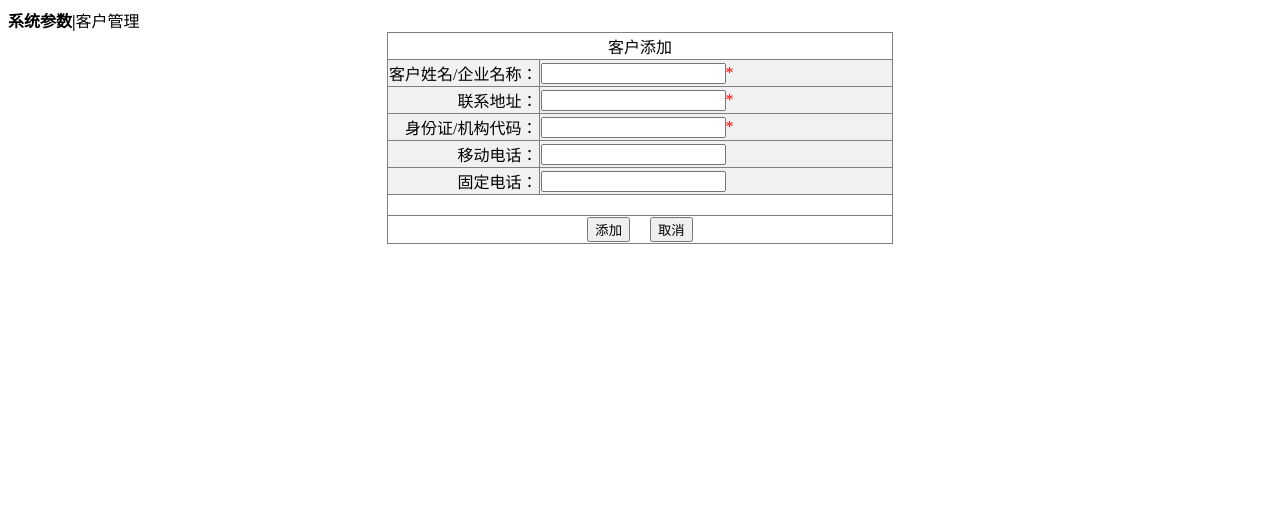
Repository: yuxingyan/OneCrewFlour
Page: http://localhost/Flour/addclient.jsp
An editor plug-in stored every save of this project. The page is shown before and after the next save, followed by the edit.
The browser window is 1280 px wide. The pictures show the whole page.
The page is served by Tomcat 9. Nobody is signed in. The application's start-up code is not run. Other server files are loaded and not shown.

Above is the page before, as saved 2018-01-10 16:09:45.

### Flour/WebRoot/addclient.jsp
<%@ page language="java" import="java.util.*" pageEncoding="utf-8"%>
<%
String path = request.getContextPath();
String basePath = request.getScheme()+"://"+request.getServerName()+":"+request.getServerPort()+path+"/";
%>

<!DOCTYPE HTML PUBLIC "-//W3C//DTD HTML 4.01 Transitional//EN">
<html>
  <head>
    <base href="<%=basePath%>">

    <title>My JSP 'addclient.jsp' starting page</title>

	<meta http-equiv="pragma" content="no-cache">
	<meta http-equiv="cache-control" content="no-cache">
	<meta http-equiv="expires" content="0">
	<meta http-equiv="keywords" content="keyword1,keyword2,keyword3">
	<meta http-equiv="description" content="This is my page">
	<!--
	<link rel="stylesheet" type="text/css" href="styles.css">
	-->
	 <script type="text/javascript">
   function Check(){

   var n1=document.getElementById("name").value;
   var n2=document.getElementById("address").value;
  var n3=document.getElementById("idcard").value;
  var n4=document.getElementById("phone").value;
    var n5=document.getElementById("homephone").value;
   var erroring="";

  if(n1==""||n1==null){
  erroring+="无效的客户名称!"+'\n';
  }
  if(n2==""||n1==null){
  erroring+="无效的联系地址!"+'\n';
  }
  if(n3==""||n1==null){
  erroring+="无效的身份证!"+'\n';
  }

  if(n4==""||n1==null){
  erroring+="无效的移动电话!"+'\n';
  }
   if(n4==""||n1==null){
  erroring+="无效的固定电话!"+'\n';
  }
  if(erroring.length!=0){
  alert(erroring);
  return false;


  }else{
     document.form1.submit();

  }



 }

   </script>

  </head>

  <body>
     <div class="title_right"><strong>系统参数|</strong>客户管理</div>
    <form action="addclient" id="form1" name="form1">
     <center>
    <table  border="1"  style="border-collapse: collapse">

       <tr>
       <td  style="text-align:center"  colspan="2">
                         客户添加
       </td>
       </tr>

        <tr>
        <td width="30%"align="right" nowrap="nowrap" bgcolor="#f1f1f1">客户姓名/企业名称：</td>
       <td bgcolor="#f1f1f1">
         <input name="client.clientname"  type="text" id="name"/><span style="color:red">*</span>
       </td>
       </tr>

        <tr>
         <td width="30%" align="right" nowrap="nowrap" bgcolor="#f1f1f1">联系地址：</td>
        <td bgcolor="#f1f1f1">
           <input name="client.address" type="text" id="address"/><span style="color:red">*</span>
       </td>
       </tr>

        <tr>
         <td width="30%" align="right" nowrap="nowrap" bgcolor="#f1f1f1">身份证/机构代码：</td>
       <td bgcolor="#f1f1f1">
        <input name="client.idcard" type="text" id="idcard"/><span style="color:red">*</span>
       </td>
       </tr>
          <tr>
           <td width="30%" align="right" nowrap="nowrap" bgcolor="#f1f1f1">移动电话：</td>
       <td bgcolor="#f1f1f1">
      <input name="client.phone" type="text" id="phone"/>
       </td>
       </tr>
          <tr>
          <td  width="30%" align="right" nowrap="nowrap" bgcolor="#f1f1f1">固定电话：</td>
       <td bgcolor="#f1f1f1">
        <input name="client.homephone" type="text" id="homephone"/>
       </td>
       </tr>


     <tr>
     <td  colspan="2">&nbsp</td>
     </tr>


      <tr>
     <td  align="center"   colspan="2">
       <input type="button" onclick="Check();"  value="添加" /> &nbsp;&nbsp;&nbsp;&nbsp;<input type="button" value="取消"/>
     </td>
     </tr>
    </table>
    </center>
    </form>
  </body>
</html>

After the next save:
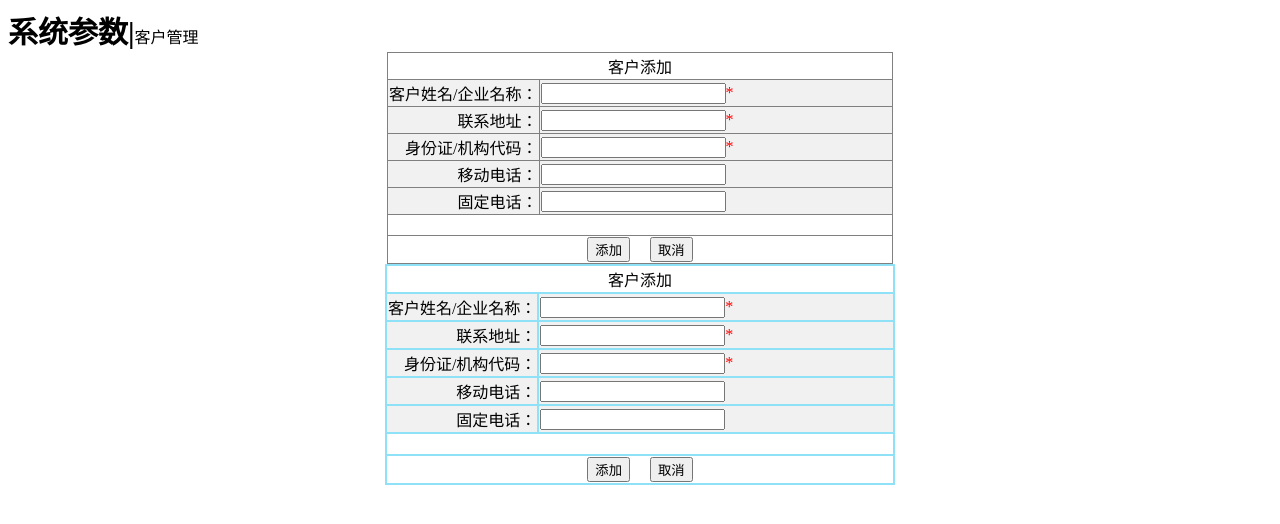
Saved 8 min 33 s later.
--- a/Flour/WebRoot/addclient.jsp
+++ b/Flour/WebRoot/addclient.jsp
@@ -64,7 +64,7 @@ String basePath = request.getScheme()+"://"+request.getServerName()+":"+request.
   </head>
 
   <body>
-     <div class="title_right"><strong>系统参数|</strong>客户管理</div>
+     <strong style="font-size:30px">系统参数|</strong>客户管理
     <form action="addclient" id="form1" name="form1">
      <center>
     <table  border="1"  style="border-collapse: collapse">
@@ -121,6 +121,62 @@ String basePath = request.getScheme()+"://"+request.getServerName()+":"+request.
      </tr>
     </table>
     </center>
+     <center>
+    <table border="1px" cellspacing="0"
+	 bordercolor="#8EE1F6">
+
+       <tr>
+       <td  style="text-align:center"  colspan="2">
+                         客户添加
+       </td>
+       </tr>
+
+        <tr>
+        <td width="30%"align="right" nowrap="nowrap" bgcolor="#f1f1f1">客户姓名/企业名称：</td>
+       <td bgcolor="#f1f1f1">
+         <input name="client.clientname"  type="text" id="name"/><span style="color:red">*</span>
+       </td>
+       </tr>
+
+        <tr>
+         <td width="30%" align="right" nowrap="nowrap" bgcolor="#f1f1f1">联系地址：</td>
+        <td bgcolor="#f1f1f1">
+           <input name="client.address" type="text" id="address"/><span style="color:red">*</span>
+       </td>
+       </tr>
+
+        <tr>
+         <td width="30%" align="right" nowrap="nowrap" bgcolor="#f1f1f1">身份证/机构代码：</td>
+       <td bgcolor="#f1f1f1">
+        <input name="client.idcard" type="text" id="idcard"/><span style="color:red">*</span>
+       </td>
+       </tr>
+          <tr>
+           <td width="30%" align="right" nowrap="nowrap" bgcolor="#f1f1f1">移动电话：</td>
+       <td bgcolor="#f1f1f1">
+      <input name="client.phone" type="text" id="phone"/>
+       </td>
+       </tr>
+          <tr>
+          <td  width="30%" align="right" nowrap="nowrap" bgcolor="#f1f1f1">固定电话：</td>
+       <td bgcolor="#f1f1f1">
+        <input name="client.homephone" type="text" id="homephone"/>
+       </td>
+       </tr>
+
+
+     <tr>
+     <td  colspan="2">&nbsp</td>
+     </tr>
+
+
+      <tr>
+     <td  align="center"   colspan="2">
+       <input type="button" onclick="Check();"  value="添加" /> &nbsp;&nbsp;&nbsp;&nbsp;<input type="button" value="取消"/>
+     </td>
+     </tr>
+    </table>
+    </center>
     </form>
   </body>
 </html>
